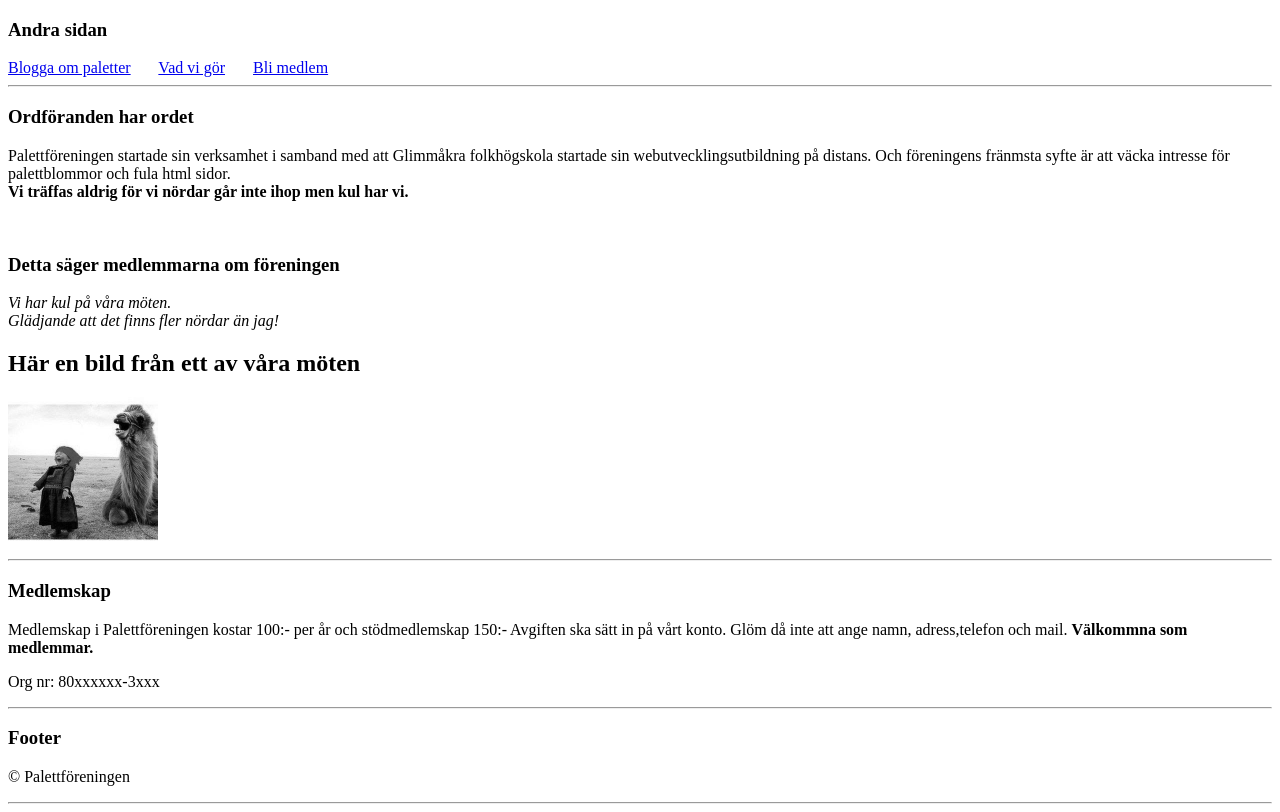
Repository: Webutveckling-20-21/Uppgift-1
Page: verksamheten.html
The author's editor kept a copy of each file at every save. The page is drawn from the files as they stood at one save, then again after the next save.
The browser window is 1280 px wide. The pictures show the whole page.

Above is the page before, as saved 2021-09-07 12:21:10.

### verksamheten.html
<!-- Här alla måsten i huvudet såsom språk och språkkodning mm -->
<!DOCTYPE html>
<html lang="sv">


<head>
    <meta charset="UTF-8">
    <meta name="viewport" content="width=device-width, initial-scale=1.0">
    <title>verksamheten</title>
</head>

<body>
    <header>
        <h3>Andra sidan</h3>
        <!-- Här läggs alla länkar-->
        <a href="blogg.html">Blogga om paletter</a>&nbsp;&nbsp;&nbsp;&nbsp;&nbsp;&nbsp;
        <a href="verksamheten.html">Vad vi gör</a>&nbsp;&nbsp;&nbsp;&nbsp;&nbsp;&nbsp;
        <a href="medlemskap.html">Bli medlem</a>
    </header>
    <hr>
    <main>
        <article>
            <h3>Ordföranden har ordet</h3>
            <p> Palettföreningen startade sin verksamhet i samband med att Glimmåkra folkhögskola startade sin
                webutvecklingsutbildning på distans. Och föreningens fränmsta syfte är att väcka intresse för
                palettblommor och fula html sidor. <br> <b>  Vi träffas aldrig för vi nördar går inte ihop men kul har vi.</b> </p> <br>
                </article>



                <article>

                    <h3>Detta säger medlemmarna om föreningen</h3>

                    <cite>Vi har kul på våra möten.</cite><br>
                    <cite>Glädjande att det finns fler nördar än jag!</cite><br>

                    <h2>Här en bild från ett av våra möten</h2>

                      <img src="images/ordförande pa excursion.jpg" width="150" height="150" alt="Ordförande berättar.">

                     </article>


    </main>
    <hr>
    <aside>
        <h3>Medlemskap</h3>
        <p>Medlemskap i Palettföreningen kostar 100:- per år och stödmedlemskap 150:-
            Avgiften ska sätt in på vårt konto. Glöm då inte att ange namn, adress,telefon och mail.
            <b>Välkommna som medlemmar.</b>
        </p>


        <p>Org nr: 80xxxxxx-3xxx</p>





    </aside>
    <hr>
    <footer>

        <h3>Footer</h3>
        <p> &copy; Palettföreningen</p>
    </footer>
    <hr>


</body>

</html>

After the next save:
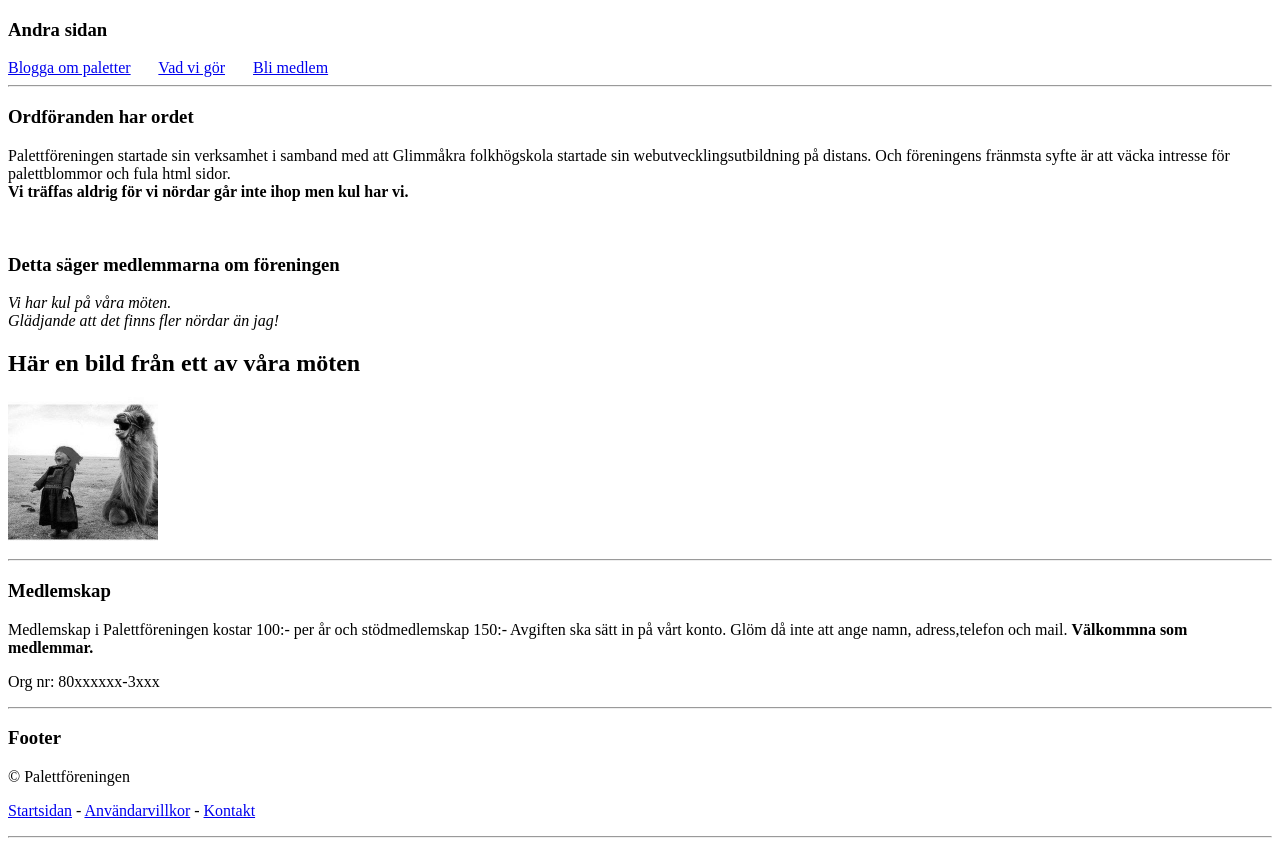
Saved 71 s later.
--- a/verksamheten.html
+++ b/verksamheten.html
@@ -64,6 +64,13 @@
 
         <h3>Footer</h3>
         <p> &copy; Palettföreningen</p>
+         <nav>
+            <p>
+                <a href="index.html">Startsidan</a> -
+                <a href="villkor.html">Användarvillkor</a> -
+                <a href="kontakt.html">Kontakt</a>
+            </p>
+        </nav>
     </footer>
     <hr>
 
